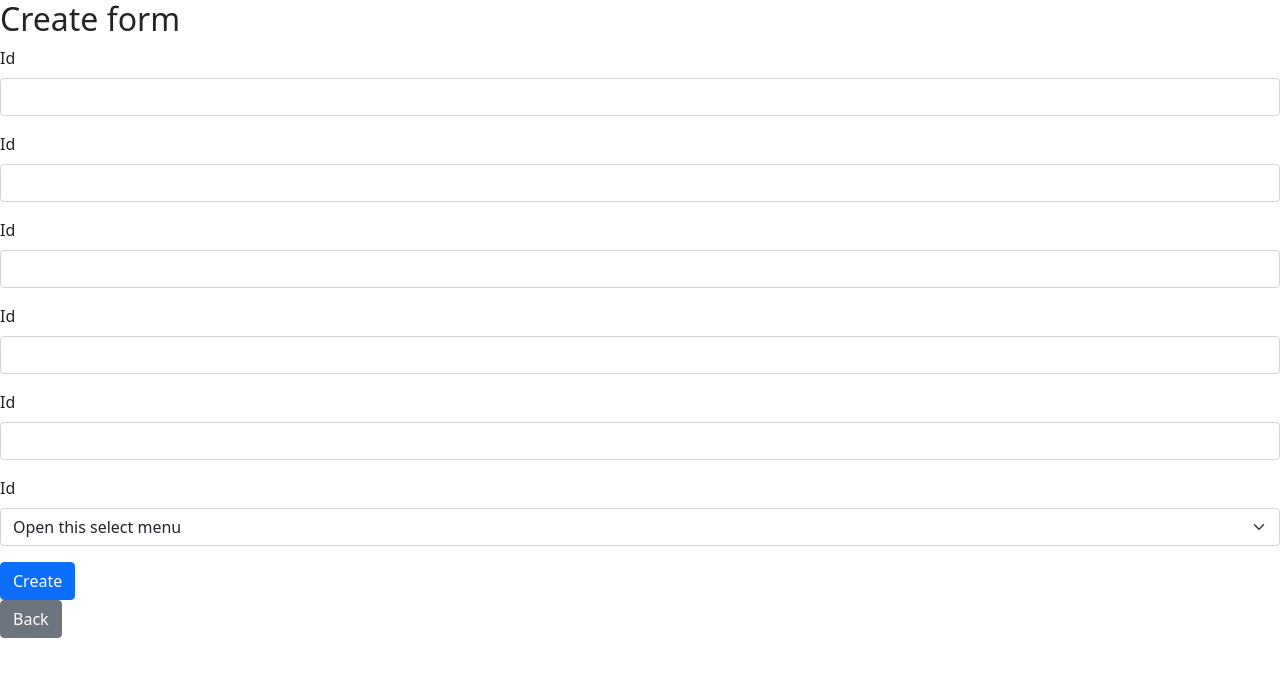
Repository: hongquan16101995/servlet-jw0124
Page: http://localhost/demo/products?action=createGet
An editor plug-in stored every save of this project. The page is shown before and after the next save, followed by the edit.
The browser window is 1280 px wide. The pictures show the whole page.
The page is served by Tomcat 9. Other server files are loaded and not shown.

Above is the page before, as saved 2024-05-14 12:17:40.

### demo/src/main/webapp/product/create.jsp
<%@ page language="java" contentType="text/html; charset=ISO-8859-1"
    pageEncoding="ISO-8859-1"%>
<%@ taglib prefix = "c" uri = "http://java.sun.com/jsp/jstl/core" %>
<!DOCTYPE html>
<html>
<head>
<meta charset="ISO-8859-1">
<title>Insert title here</title>
<link href="https://cdn.jsdelivr.net/npm/bootstrap@5.0.2/dist/css/bootstrap.min.css" rel="stylesheet" integrity="sha384-EVSTQN3/azprG1Anm3QDgpJLIm9Nao0Yz1ztcQTwFspd3yD65VohhpuuCOmLASjC" crossorigin="anonymous">
<script src="https://cdn.jsdelivr.net/npm/bootstrap@5.0.2/dist/js/bootstrap.bundle.min.js" integrity="sha384-MrcW6ZMFYlzcLA8Nl+NtUVF0sA7MsXsP1UyJoMp4YLEuNSfAP+JcXn/tWtIaxVXM" crossorigin="anonymous"></script>
</head>
<body>
<h2>Create form</h2>
<form action="/demo/products?action=createPost" method="post">
<div class="mb-3">
  <label for="id" class="form-label">Id</label>
  <input type="text" class="form-control" id="id" name="id">
</div>
<div class="mb-3">
  <label for="name" class="form-label">Id</label>
  <input type="text" class="form-control" id="name" name="name">
</div>
<div class="mb-3">
  <label for="price" class="form-label">Id</label>
  <input type="text" class="form-control" id="price" name="price">
</div>
<div class="mb-3">
  <label for="quantity" class="form-label">Id</label>
  <input type="text" class="form-control" id="quantity" name="quantity">
</div>
<div class="mb-3">
  <label for="image" class="form-label">Id</label>
  <input type="text" class="form-control" id="image" name="image">
</div>
<div class="mb-3">
  <label for="category" class="form-label">Id</label>
<select class="form-select" aria-label="Default select example" id="category" name="cId">
  <option selected>Open this select menu</option>
  <c:forEach items="${categories }" var="c">
			<option value = "${c.id }">${c.name }</option>
		</c:forEach>
</select>
</div>
<button class="btn btn-primary" type="submit">Create</button>
</form>
<a href="/demo/products" class="btn btn-secondary" >Back</a>
</body>
</html>

### demo/src/main/java/controller/ProductServlet.java
package controller;

import java.io.IOException;
import java.util.List;

import javax.servlet.ServletException;
import javax.servlet.annotation.WebServlet;
import javax.servlet.http.HttpServlet;
import javax.servlet.http.HttpServletRequest;
import javax.servlet.http.HttpServletResponse;

import model.Category;
import model.Product;
import service.CategoryService;
import service.ProductService;

/**
 * Servlet implementation class ProductServlet
 */
@WebServlet("/products")
public class ProductServlet extends HttpServlet {
	private static final long serialVersionUID = 1L;
	private ProductService productService = new ProductService();
	private CategoryService categoryService = CategoryService.getInstance();

	/**
	 * @see HttpServlet#doGet(HttpServletRequest request, HttpServletResponse response)
	 */
	protected void doGet(HttpServletRequest request, HttpServletResponse response) throws ServletException, IOException {
		// TODO Auto-generated method stub
		String action = request.getParameter("action");
		if (action == null) {
			action = "";
		}
		switch(action) {
			case "createGet":
				createGet(request, response);
				break;
			case "updateGet":
				updateGet(request, response);
				break;
			case "deleteProduct":
				deleteProduct(request, response);
				break;
			case "findByCategory":
				findByCategory(request, response);
				break;
			default:
				displayAllProduct(request, response);
				break;
		}
	}

	/**
	 * @see HttpServlet#doPost(HttpServletRequest request, HttpServletResponse response)
	 */
	protected void doPost(HttpServletRequest request, HttpServletResponse response) throws ServletException, IOException {
		// TODO Auto-generated method stub
		String action = request.getParameter("action");
		if (action == null) {
			action = "";
		}
		switch(action) {
			case "createPost":
				createPost(request, response);
				break;
			case "updatePost":
				updatePost(request, response);
				break;
		}
	}

	private void displayAllProduct(HttpServletRequest request, HttpServletResponse response) throws ServletException, IOException {
		List<Product> products = productService.getProducts();
		request.setAttribute("products", products);
		request.getRequestDispatcher("product/list.jsp").forward(request, response);
	}

	private void findByCategory(HttpServletRequest request, HttpServletResponse response) throws ServletException, IOException {
		int categoryId = Integer.parseInt(request.getParameter("cId"));
		List<Product> products = productService.findByCateogory(categoryId);
		request.setAttribute("products", products);
		request.getRequestDispatcher("product/list.jsp").forward(request, response);
	}

	private void createGet(HttpServletRequest request, HttpServletResponse response) throws ServletException, IOException {
		Product product = new Product();
		List<Category> categories = categoryService.getCategories();
		request.setAttribute("product", product);
		request.setAttribute("categories", categories);
		request.getRequestDispatcher("product/create.jsp").forward(request, response);
	}

	private void createPost(HttpServletRequest request, HttpServletResponse response) throws ServletException, IOException {
		int id = Integer.parseInt(request.getParameter("id"));
		String name = request.getParameter("name");
		double price = Double.parseDouble(request.getParameter("price"));
		int quantity = Integer.parseInt(request.getParameter("quantity"));
		String image = request.getParameter("image");
		int categoryId = Integer.parseInt(request.getParameter("cId"));
		Category category = categoryService.getById(categoryId);
		productService.createProduct(new Product(id, name, price, quantity, image, category));
		response.sendRedirect("/demo/products");
	}

	private void updateGet(HttpServletRequest request, HttpServletResponse response) throws ServletException, IOException {
		int id = Integer.parseInt(request.getParameter("id"));
		Product product = productService.getById(id);
		List<Category> categories = categoryService.getCategories();
		request.setAttribute("product", product);
		request.setAttribute("categories", categories);
		request.getRequestDispatcher("product/update.jsp").forward(request, response);
	}

	private void updatePost(HttpServletRequest request, HttpServletResponse response) throws ServletException, IOException {
		int id = Integer.parseInt(request.getParameter("id"));
		String name = request.getParameter("name");
		double price = Double.parseDouble(request.getParameter("price"));
		int quantity = Integer.parseInt(request.getParameter("quantity"));
		String image = request.getParameter("image");
		int categoryId = Integer.parseInt(request.getParameter("cId"));
		Category category = categoryService.getById(categoryId);
		productService.updateProduct(id, new Product(id, name, price, quantity, image, category));
		response.sendRedirect("/demo/products");
	}

	private void deleteProduct(HttpServletRequest request, HttpServletResponse response) throws ServletException, IOException {
		int id = Integer.parseInt(request.getParameter("id"));
		productService.deleteProduct(id);
		response.sendRedirect("/demo/products");
	}

}

### demo/src/main/java/model/Product.java
package model;

public class Product {
	private int id;
	private String name;
	private double price;
	private int quantity;
	private String image;
	private Category category;

	public Product() {}

	public Product(int id, String name, double price, int quantity, String image) {
		super();
		this.id = id;
		this.name = name;
		this.price = price;
		this.quantity = quantity;
		this.image = image;
	}

	public Product(int id, String name, double price, int quantity, String image, Category category) {
		super();
		this.id = id;
		this.name = name;
		this.price = price;
		this.quantity = quantity;
		this.image = image;
		this.category = category;
	}

	public int getId() {
		return id;
	}

	public void setId(int id) {
		this.id = id;
	}

	public String getName() {
		return name;
	}

	public void setName(String name) {
		this.name = name;
	}

	public double getPrice() {
		return price;
	}

	public void setPrice(double price) {
		this.price = price;
	}

	public int getQuantity() {
		return quantity;
	}

	public void setQuantity(int quantity) {
		this.quantity = quantity;
	}

	public String getImage() {
		return image;
	}

	public void setImage(String image) {
		this.image = image;
	}

	public Category getCategory() {
		return category;
	}

	public void setCategory(Category category) {
		this.category = category;
	}
}

After the next save:
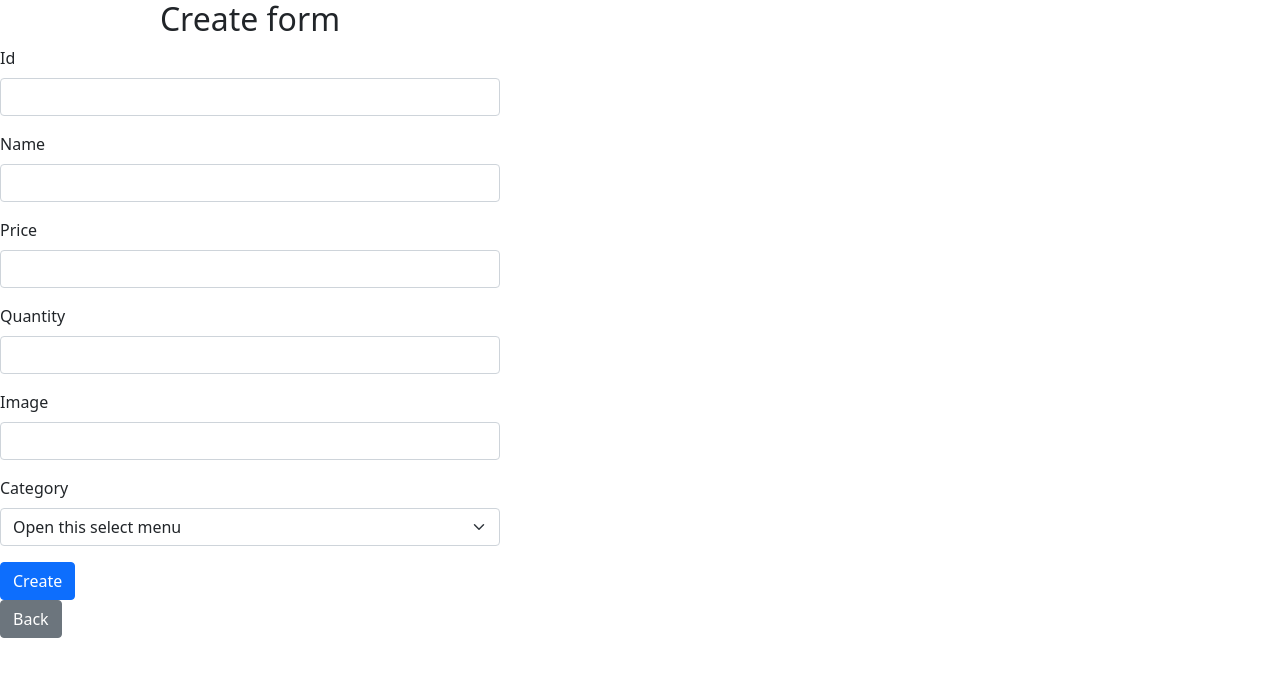
Saved 2 min 18 s later.
--- a/demo/src/main/webapp/product/create.jsp
+++ b/demo/src/main/webapp/product/create.jsp
@@ -8,8 +8,18 @@
 <title>Insert title here</title>
 <link href="https://cdn.jsdelivr.net/npm/bootstrap@5.0.2/dist/css/bootstrap.min.css" rel="stylesheet" integrity="sha384-EVSTQN3/azprG1Anm3QDgpJLIm9Nao0Yz1ztcQTwFspd3yD65VohhpuuCOmLASjC" crossorigin="anonymous">
 <script src="https://cdn.jsdelivr.net/npm/bootstrap@5.0.2/dist/js/bootstrap.bundle.min.js" integrity="sha384-MrcW6ZMFYlzcLA8Nl+NtUVF0sA7MsXsP1UyJoMp4YLEuNSfAP+JcXn/tWtIaxVXM" crossorigin="anonymous"></script>
+<style type="text/css">
+	#create {
+		width: 500px;
+	}
+
+	h2 {
+		text-align: center;
+	}
+</style>
 </head>
 <body>
+<div id="create">
 <h2>Create form</h2>
 <form action="/demo/products?action=createPost" method="post">
 <div class="mb-3">
@@ -17,23 +27,23 @@
   <input type="text" class="form-control" id="id" name="id">
 </div>
 <div class="mb-3">
-  <label for="name" class="form-label">Id</label>
+  <label for="name" class="form-label">Name</label>
   <input type="text" class="form-control" id="name" name="name">
 </div>
 <div class="mb-3">
-  <label for="price" class="form-label">Id</label>
+  <label for="price" class="form-label">Price</label>
   <input type="text" class="form-control" id="price" name="price">
 </div>
 <div class="mb-3">
-  <label for="quantity" class="form-label">Id</label>
+  <label for="quantity" class="form-label">Quantity</label>
   <input type="text" class="form-control" id="quantity" name="quantity">
 </div>
 <div class="mb-3">
-  <label for="image" class="form-label">Id</label>
+  <label for="image" class="form-label">Image</label>
   <input type="text" class="form-control" id="image" name="image">
 </div>
 <div class="mb-3">
-  <label for="category" class="form-label">Id</label>
+  <label for="category" class="form-label">Category</label>
 <select class="form-select" aria-label="Default select example" id="category" name="cId">
   <option selected>Open this select menu</option>
   <c:forEach items="${categories }" var="c">
@@ -44,5 +54,6 @@
 <button class="btn btn-primary" type="submit">Create</button>
 </form>
 <a href="/demo/products" class="btn btn-secondary" >Back</a>
+</div>
 </body>
 </html>
